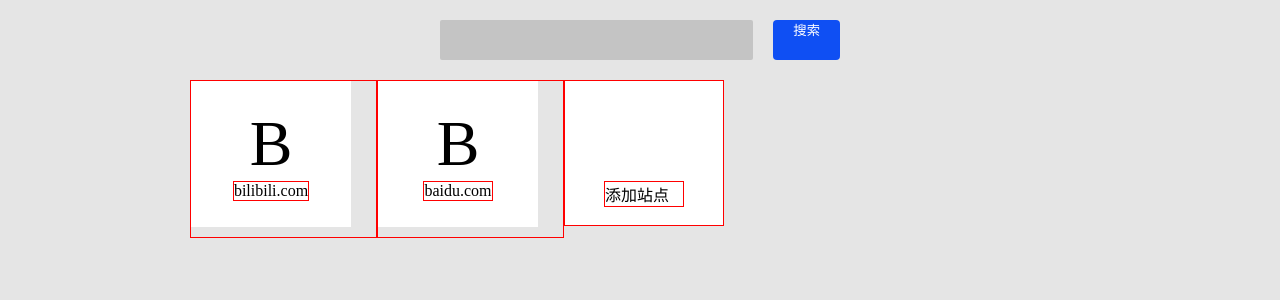
Repository: chenguocan/-
Page: src/index.html
The author's editor kept a copy of each file at every save. The page is drawn from the files as they stood at one save, then again after the next save.
The browser window is 1280 px wide. The pictures show the whole page.

Above is the page before, as saved 2020-08-12 14:56:31.

### src/index.html
<!DOCTYPE html>
<html lang="en">

<head>
    <meta charset="UTF-8">
    <meta name="viewport"
        content="width=device-width,initial-scale=1,minimum-scale=1,maximum-scale=1,user-scalable=no,viewport-fit=cover">
    <meta http-equiv="X-UA-Compatible" content="ie=edge">
    <title>前端导航</title>
    <link rel="stylesheet" href="./style.css">
    <style type="text/css">
        .icon {
            width: 1em;
            height: 1em;
            vertical-align: -0.15em;
            fill: currentColor;
            overflow: hidden;
        }
    </style>
</head>

<body>
    <header class="globalHeader">
        <form class="searchForm" method="get" action="https://www.baidu.com/s">
            <input name="wd" type="text" />
            <button class="searchButton">搜索</button>
        </form>
    </header>
    <main class="globalMain">
        <ul class="siteList">
            <li class="addButton site">
                <div class="logo">
                    <svg class="icon" aria-hidden="true" style="width: 5em; height:5em">
                        <use xlink:href="#icon-jiahao"></use>
                    </svg>
                    <div class="site">添加站点</div>
                </div>
            </li>
        </ul>
    </main>
    <script src="https://cdn.bootcdn.net/ajax/libs/jquery/3.5.1/jquery.slim.min.js"></script>
    <script src="//at.alicdn.com/t/font_2000749_640re2b3w3g.js"></script>
    <script src="./main.js"></script>
</body>

</html>

### src/style.css
*{
    margin: 0;
    padding: 0;
    box-sizing: border-box;
}
*::before{
    margin: 0;
    padding: 0;
    box-sizing: border-box;
}
*::after{
    margin:0;
    padding: 0;
    box-sizing: border-box;
}
body{
    background:#E5E5E5;
}
ul>li{
    list-style: none;
}
a{
    text-decoration: none;
    color: inherit;
}
.searchForm {
    margin:20px;
    display: flex;
    flex-direction: row;
    flex-wrap: nowrap;
    justify-content: space-between;
}
.globalHeader >.searchForm > input{
    width: 100%;
    border: none;
    height: 40px;
    border-radius: 2px;
    background: #C4C4C4;
    padding-left: 10px;
}
@media(min-width:500px){
    .searchForm{
        max-width: 400px;
        margin-left: auto;
        margin-right: auto;
    }
}
.globalHeader >.searchForm> .searchButton{
    display: flex;
    white-space: nowrap;
    border: none;
    color:white;
    margin-left: 20px;
    background:#0F4FF3;
    border-radius:4px;
    padding:0 20px;
}
.siteList{
    display: flex;
    flex-direction: row;
    justify-content: space-between;
    flex-wrap: wrap;
    margin:0 20px;
}
@media (min-width:500px){
    .siteList{
        max-width: 900px;
        margin-right: auto;
        margin-left: auto;
        justify-content: flex-start;
    }
}
.siteList .siteBox,.addButton{
    display: flex;
    flex-direction: column;
    justify-content: center;
    align-items: center;
    flex-wrap: wrap;
    height: 146px;
    width: 160px;
    margin-bottom: 10px;
    background:#FFFFFF;
}
@media(min-width:500px){
    .siteList .siteBox,.addButton{
        margin-right: 25px;
    }
}
.siteList .siteBox>.logo{
    font-size: 64px;
}
.siteList .siteBox>.site{
    font-size:16px;
}
.site{
    border:1px solid red;
}
.delete>.icon{
    width: 30px;
    height: 30px;
    position: absolute;
    right: 0px;
    top:0px;
}
.siteList .site:hover>.delete{
    display: block;
}

### src/main.js
const $siteList = $(".siteList");
const $addButton = $(".addButton");
const $lastLi = $siteList.find('li.last')
const x = localStorage.getItem('x');
const xObject = JSON.parse(x);
const hashMap = xObject || [
    {
        logo: "B",
        url: "https://www.bilibili.com",
    },
    {
        logo: "D",
        url: "https://www.baidu.com"
    }
];
const replaceUrl = ((url) => {
    return url.replace("http://", "").replace("https://", "").replace("www.", "").replace(/\/.*/, '')
})
const hashMapList = () => {
    $siteList.find("li:not(.addButton)").remove();
    hashMap.forEach((item, index) => {
        let $string = $(`
    <li class="site">
        <div class="delete">
           <svg class="icon" aria-hidden="true">
                <use xlink:href="#icon-cha"></use>
           </svg>
        </div>
        <a href="${item.url}">
            <div class="siteBox">
                <div class="logo">${replaceUrl(item.url)[0].toUpperCase()}</div>
                <div class="site">${replaceUrl(item.url)}</div>
            </div>
        </a>
    </li>
    `).insertBefore($addButton);
        $(".delete>svg").on('click', (e) => {
            e.stopPropagation(); // 阻止冒泡
            hashMap.splice(index, 1);
            hashMapList();
        })
    })
}
hashMapList();
$addButton.on("click", () => {
    let addUrl = window.prompt("请输入要添加的站点");
    if (addUrl !== null) {
        let logo = replaceUrl(addUrl)[0].toUpperCase();
        let url = addUrl;
        if (addUrl.indexOf("https") === -1) {
            url = "https://" + addUrl;
        }
        //console.log(logo, url)
        let addList = {
            logo,
            url,
        };
        hashMap.push(addList);
        hashMapList();
    }
})
window.onbeforeunload = (() => {
    const value = JSON.stringify(hashMap);
    window.localStorage.setItem("x", value);
})

After the next save:
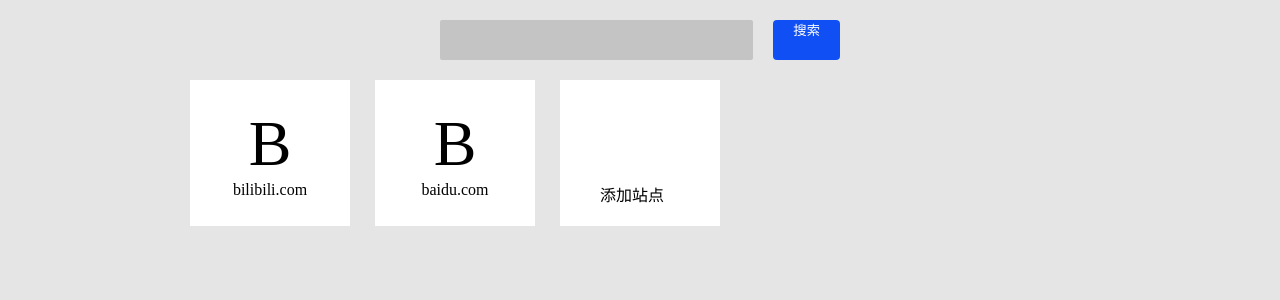
Saved 69 s later.
--- a/src/style.css
+++ b/src/style.css
@@ -92,7 +92,7 @@
 .siteList .siteBox>.site{
     font-size:16px;
 }
-.site{
+.siteUrl{
     border:1px solid red;
 }
 .delete>.icon{
